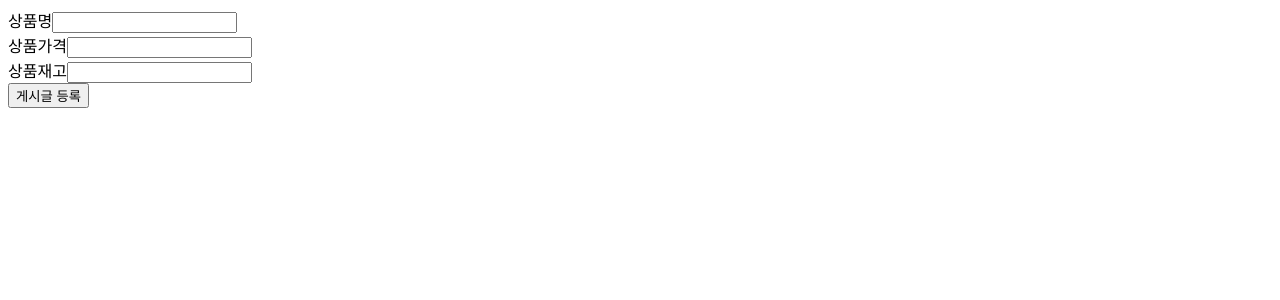
Repository: yesung1215/back_jsp
Page: http://localhost/mvc_task/write.jsp
These files come from the project's save history. The page is drawn as it stood at one moment and after the next save; the edit follows.
The browser window is 1280 px wide. The pictures show the whole page.
The page is served by Tomcat 9. Other server files are loaded and not shown.

Above is the page before, as saved 2025-09-26 07:06:52.

### mvc_task/src/main/webapp/write.jsp
<%@ page language="java" contentType="text/html; charset=UTF-8"
    pageEncoding="UTF-8"%>
<!DOCTYPE html>
<html>
<head>
<meta charset="UTF-8">
<title>게시글 작성</title>
</head>
<body>
	<form action="/mvc_task/write-ok.post" method="get">
		<div>
			<span>상품명</span><input name="productName" />
		</div>
		<div>
			<span>상품가격</span><input name="productPrice" />
		</div>
		<div>
			<span>상품재고</span><input name="productStock" />
		</div>
		<button>게시글 등록</button>
	</form>
</body>
</html>

After the next save:
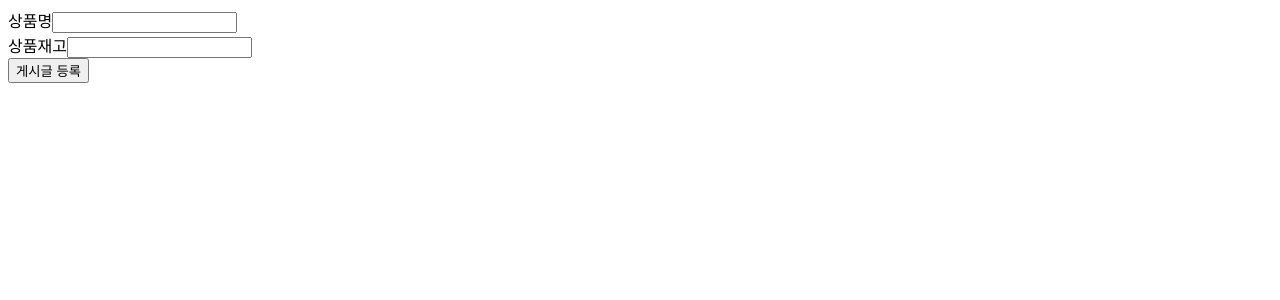
Saved 14 s later.
--- a/mvc_task/src/main/webapp/write.jsp
+++ b/mvc_task/src/main/webapp/write.jsp
@@ -12,9 +12,6 @@
 			<span>상품명</span><input name="productName" />
 		</div>
 		<div>
-			<span>상품가격</span><input name="productPrice" />
-		</div>
-		<div>
 			<span>상품재고</span><input name="productStock" />
 		</div>
 		<button>게시글 등록</button>
